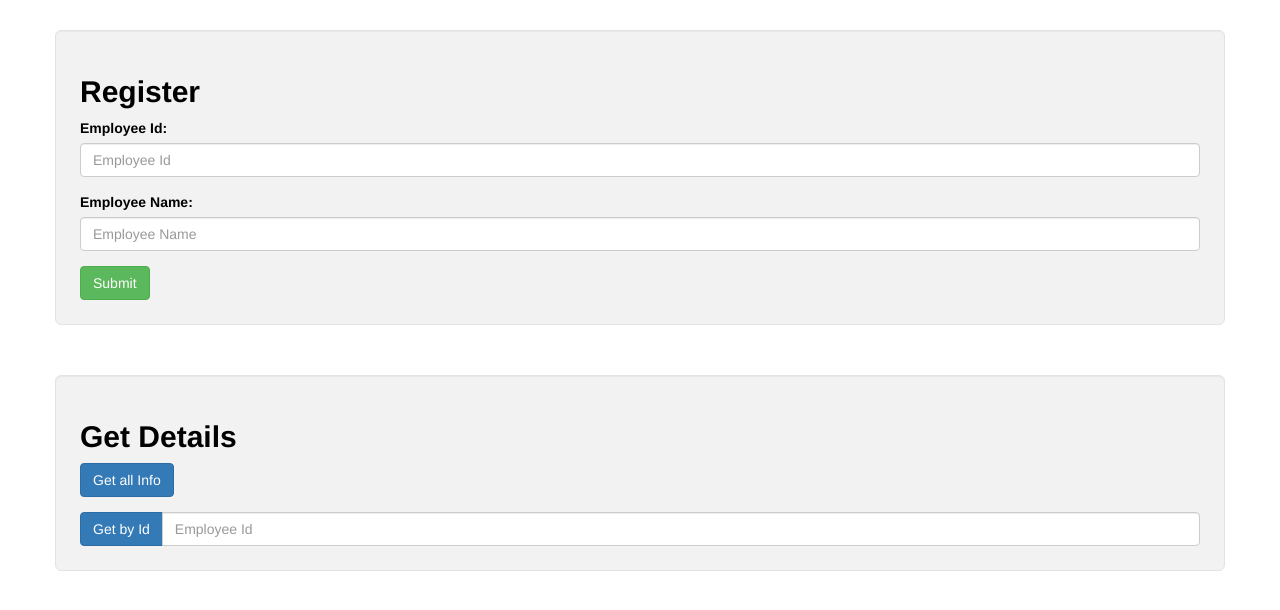
Repository: royakash07/FirstWebApplication
Page: http://localhost/SampleWebApplication/EmployeePortal.jsp
The author's editor kept a copy of each file at every save. The page is drawn from the files as they stood at one save, then again after the next save.
The browser window is 1280 px wide. The pictures show the whole page.
Some web libraries are served in a nearby version. The page is served by Tomcat 9. Nobody is signed in. The application's start-up code is not run.

Above is the page before, as saved 2017-11-30 09:41:20.

After the next save:
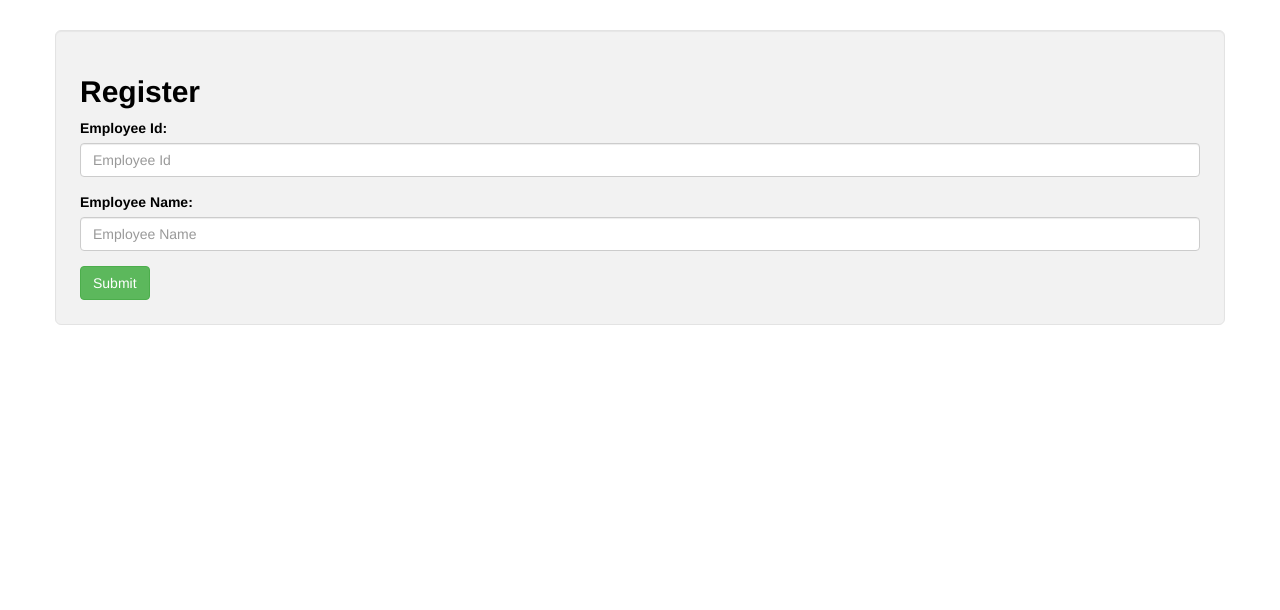
Saved 9 min 47 s later.
--- a/SampleWebApplication/WebContent/EmployeePortal.jsp
+++ b/SampleWebApplication/WebContent/EmployeePortal.jsp
@@ -37,17 +37,5 @@ background-color:#F2F2F2;
 </form>
 </div>
 </div>
-<div class="container well well-lg">
-<h2><strong>Get Details</strong></h2>
-<div class="form-group">
-<button type="button" class="btn btn-primary" value="getAllDetails">Get all Info</button>
-</div>
-<div class="input-group form-inline">
-<span class="input-group-btn">
-	<button type="button" class="btn btn-primary" value="getDetailsById">Get by Id</button>
-	</span>
-    <input type="text" placeholder="Employee Id" class="form-control">
-</div>
-</div>
 </body>
 </html>
